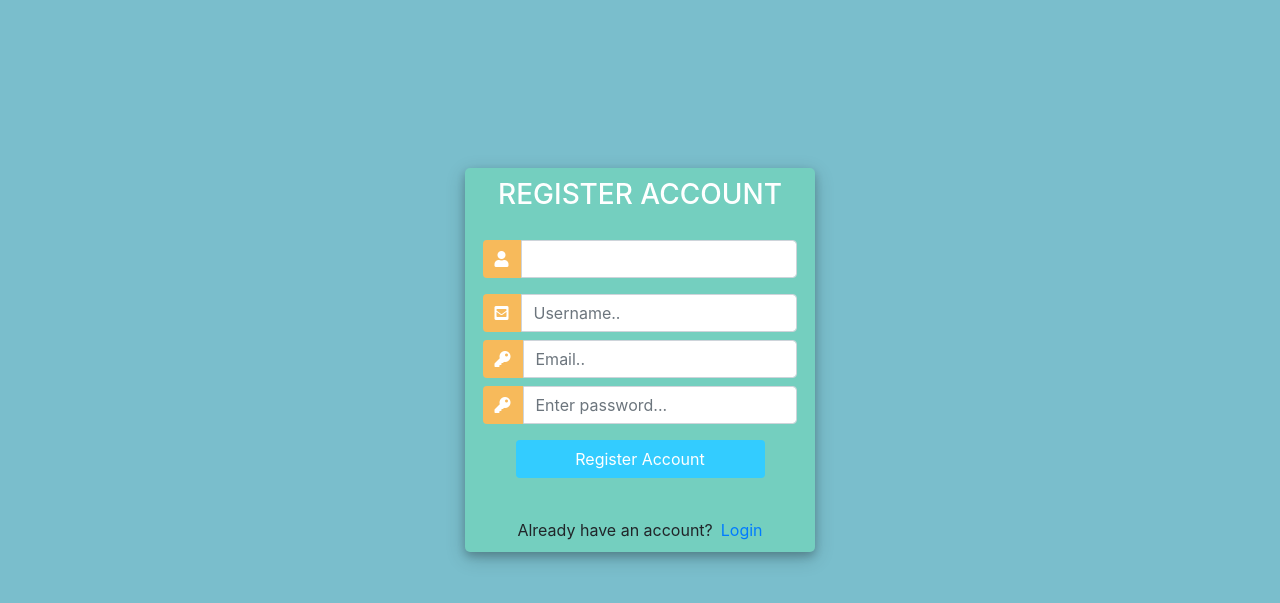
Repository: rohollah-naghipour/Login-form
Page: http://localhost/register/
The author's editor kept a copy of each file at every save. The page is drawn from the files as they stood at one save, then again after the next save.
The browser window is 1280 px wide. The pictures show the whole page.
Some web libraries are served in a nearby version. The page is served by the project's application, run on Django 5.2 (manage.py).

Above is the page before, as saved 2024-12-07 13:36:59.

After the next save:
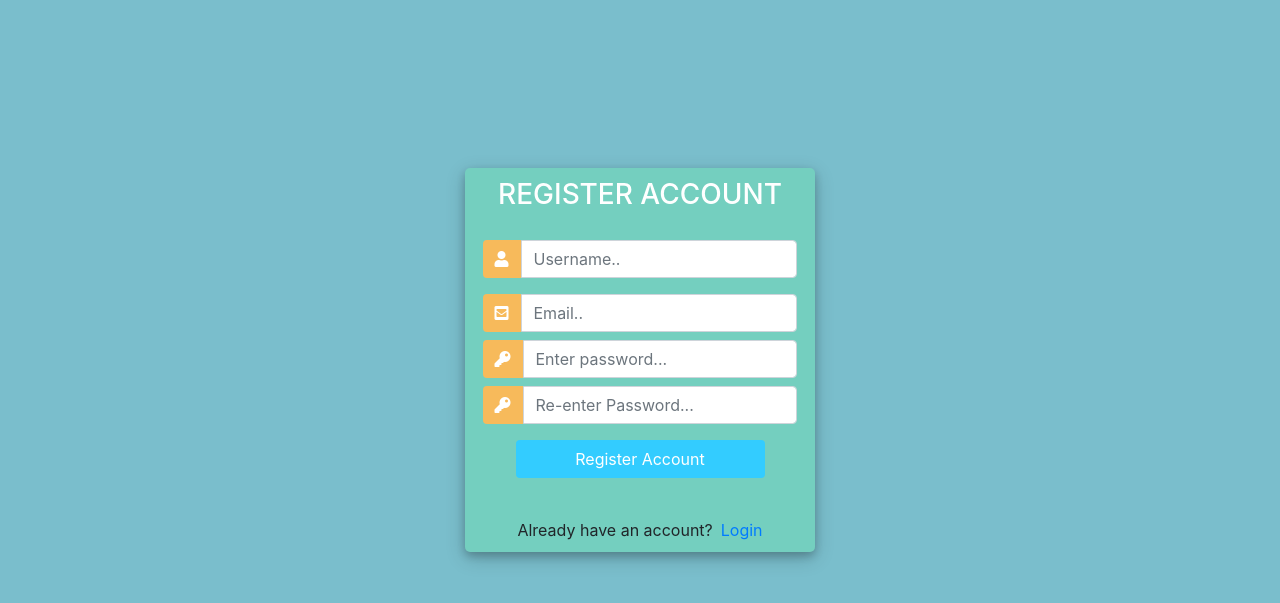
Saved 2 min 12 s later.
--- a/users/templates/register.html
+++ b/users/templates/register.html
@@ -77,6 +77,7 @@
 				<div class="d-flex justify-content-center form_container">
 
 					<form method="POST" action="">
+						{% csrf_token %}
 						<div class="input-group mb-3">
 							<div class="input-group-append">
 								<span class="input-group-text"><i class="fas fa-user"></i></span>
